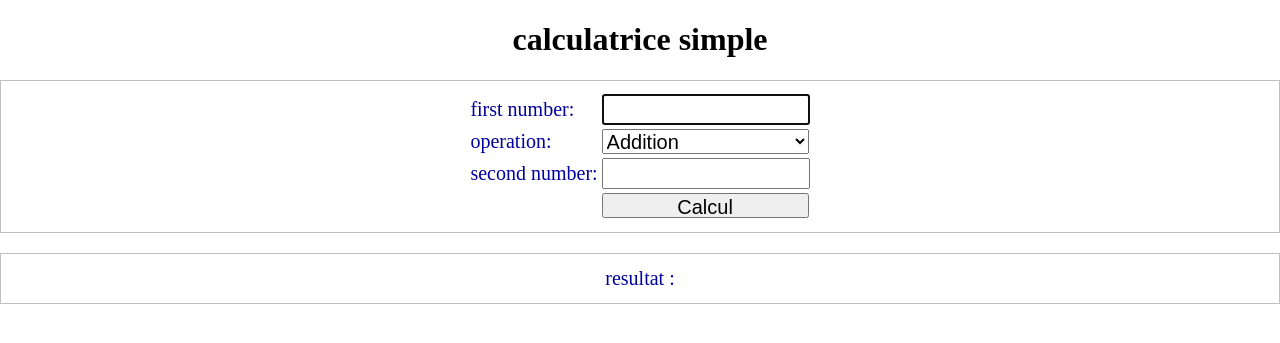
Repository: almahdi76/CalSimple
Page: http://localhost/CalSimple/test2.jsp
An editor plug-in stored every save of this project. The page is shown before and after the next save, followed by the edit.
The browser window is 1280 px wide. The pictures show the whole page.
The page is served by Tomcat 9. Other server files are loaded and not shown.

Above is the page before, as saved 2022-06-13 11:43:10.

### jsp/CalSimple/src/main/webapp/test2.jsp
<%@ page language="java" contentType="text/html; charset=ISO-8859-1" pageEncoding="ISO-8859-1"%>
<%@ page import="beans.*" %>
<%@ taglib prefix="c" uri="http://java.sun.com/jsp/jstl/core" %>
<!DOCTYPE html>
<html>
<head>
<meta charset="ISO-8859-1">
<title>Calculatrice Simple</title>
<link rel="stylesheet" href="css/style.css">
</head>
<body>

<jsp:useBean id="resl" class="beans.Calcul" scope="request"/>

<h1>calculatrice simple</h1>

<div class="contaner">
	<form action="ContServlet" method="post">
		<table>
			<tr>
				<td>first number: </td>
				<td><input class="s" autofocus type="text" name="x" value="<c:out value="${x}"/>" ></td>

			</tr>

			<tr>
				<td>operation: </td>
				<td>
					<select name="opr" class="ss">
						<option value="+"> Addition</option>
						<option value="/"> Division</option>
						<option value="*"> Multiplication</option>
						<option value="-"> Subtraction</option>
						<option value="**"> Expo</option>
						<option value="%"> Moudls</option>
					</select>
			</tr>

			<tr>
				<td>second number: </td>
				<td><input class="s" autofocus type="text" name="y" value="<c:out value="${y}"/>" ></td>
			</tr>

			<tr>
				<td></td>
				<td><input  id="btn"class="ss" type="submit" value="Calcul"></td>
			</tr>
		</table>
	</form>
</div>
<div class="cont2">
	<table>
		<tr>
			<td>resultat : </td>
			<!--  <td> <jsp:getProperty property="resultat" name="resl"/>-->
	<c:if test="resultat not empty"><jsp:getProperty property="resultat" name="resl"/></c:if>
	</td>
		</tr>
	</table>
</div>

</body>
</html>

### jsp/CalSimple/src/main/java/beans/Calcul.java
package beans;

public class Calcul {
	private double x;
	private double y;
	private double resultat;

	public double getX() {
		return x;
	}
	public void setX(double x) {
		this.x = x;
	}
	public double getY() {
		return y;
	}
	public void setY(double y) {
		this.y = y;
	}
	public double getResultat() {
		return resultat;
	}
	public void setResultat(double f) {
		this.resultat = f;
	}


}

### jsp/CalSimple/src/main/webapp/css/style.css
body{
	padding:0;
	margin:0;
}
.contaner,.cont2{
  display: flex;
  justify-content: center;
  border: 1px solid #c0c0c0;
}
div{
	color:#0000a0;
	font-size:20px;
	padding:10px;
	margin-top:20px;
}

h1{
	text-align:center;
}
.s{
	width:200px;
	height:25px;
	font-size:20px;

}

.ss{
	width:207px;
	height:25px;
	font-size:20px;

}

#res{
	padding-left:50px;
	text-align:center;
}

After the next save:
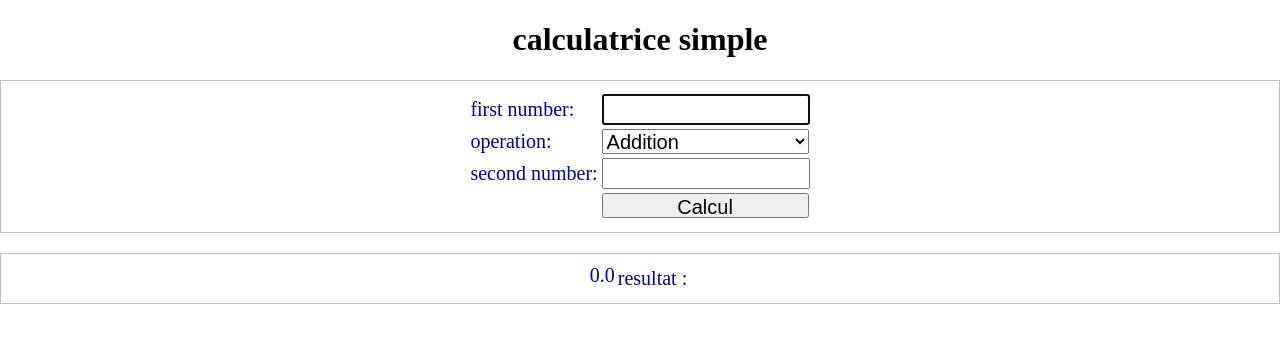
Saved 22 s later.
--- a/jsp/CalSimple/src/main/webapp/test2.jsp
+++ b/jsp/CalSimple/src/main/webapp/test2.jsp
@@ -53,7 +53,7 @@
 		<tr>
 			<td>resultat : </td>
 			<!--  <td> <jsp:getProperty property="resultat" name="resl"/>-->
-	<c:if test="resultat not empty"><jsp:getProperty property="resultat" name="resl"/></c:if>
+	<jsp:getProperty property="resultat" name="resl"/>
 	</td>
 		</tr>
 	</table>
